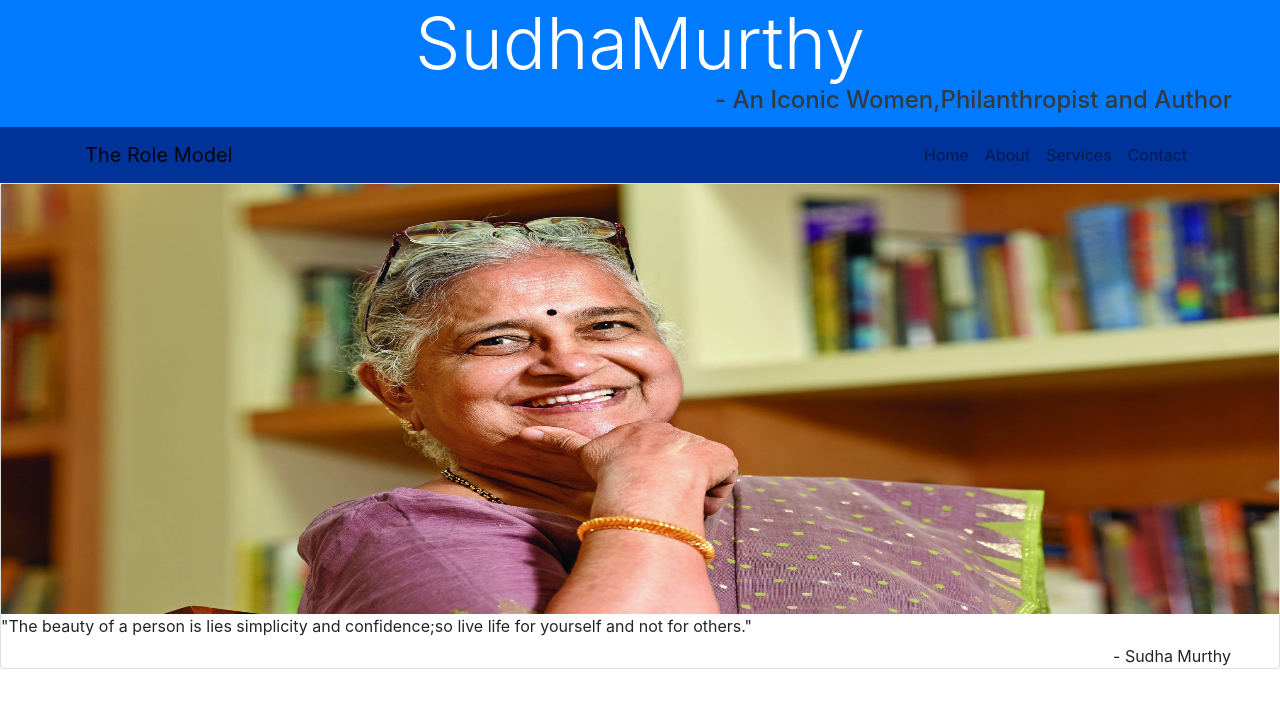
Repository: sumanthr18/RoleModel
Page: index.html
An editor plug-in stored every save of this project. The page is shown before and after the next save, followed by the edit.
The browser window is 1280 px wide. The pictures show the whole page.

Above is the page before, as saved 2020-03-14 17:17:26.

After the next save:
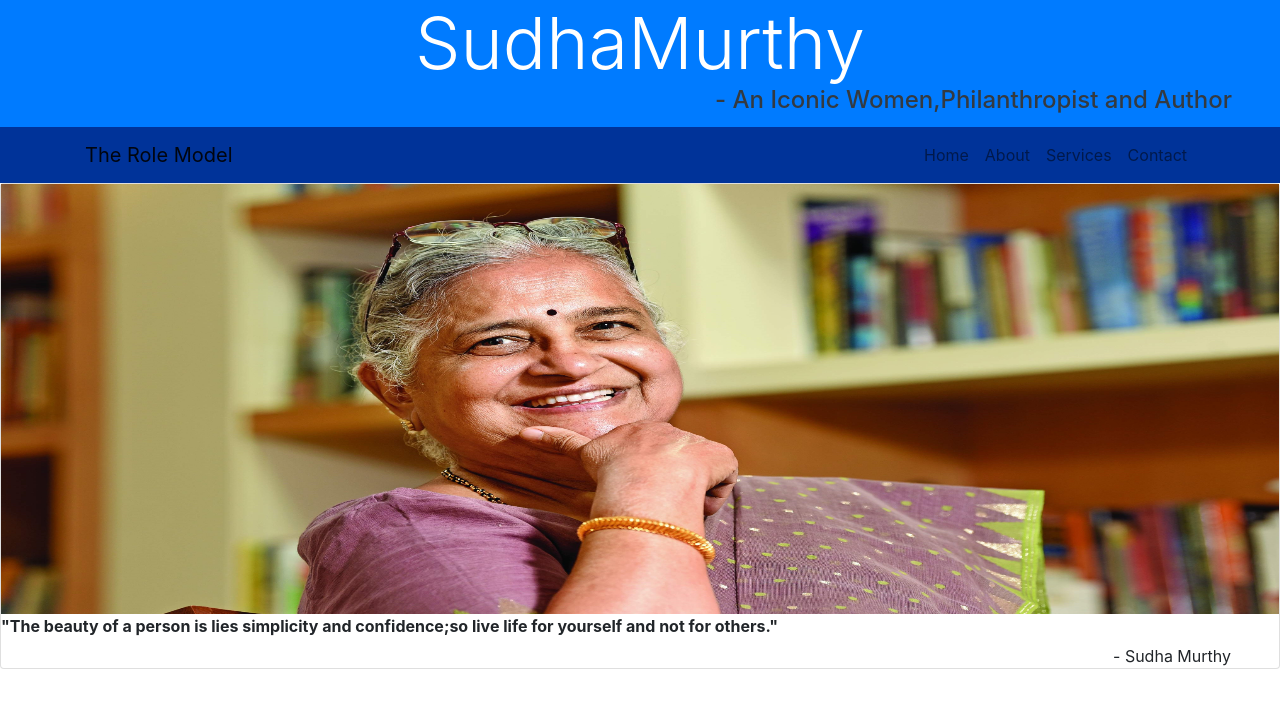
Saved 24 s later.
--- a/index.html
+++ b/index.html
@@ -37,7 +37,7 @@
     </nav>
     <div class="card">
         <img class="" style="width:100%;height:430px" src="Sudha_Murty_1-update.jpg">
-        <div class="card-title" style="font-style: bold;">"The beauty of a person is lies simplicity and confidence;so live life for yourself and not for others."</div>
+        <div class="card-title" style="font-weight: bold;">"The beauty of a person is lies simplicity and confidence;so live life for yourself and not for others."</div>
         <div class="card-subtitle align-self-end mr-5">- Sudha Murthy</div>
     </div>
 </body>
